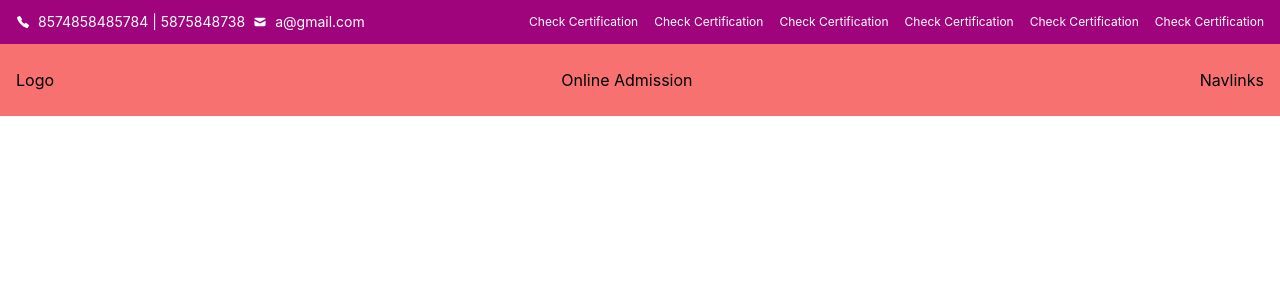
Repository: Sushant203/react-training-
Page: /
An editor plug-in stored every save of this project. The page is shown before and after the next save, followed by the edit.
The browser window is 1280 px wide. The pictures show the whole page.
The project was rebuilt for these pictures with package versions that can differ from the ones it lists, and the page was loaded fresh each time. Also part of the build but not shown: src/App.css, src/components/LowerNav.jsx, src/components/UpperNav.jsx.

Above is the page before, as saved 2022-12-19 09:39:40.

After the next save:
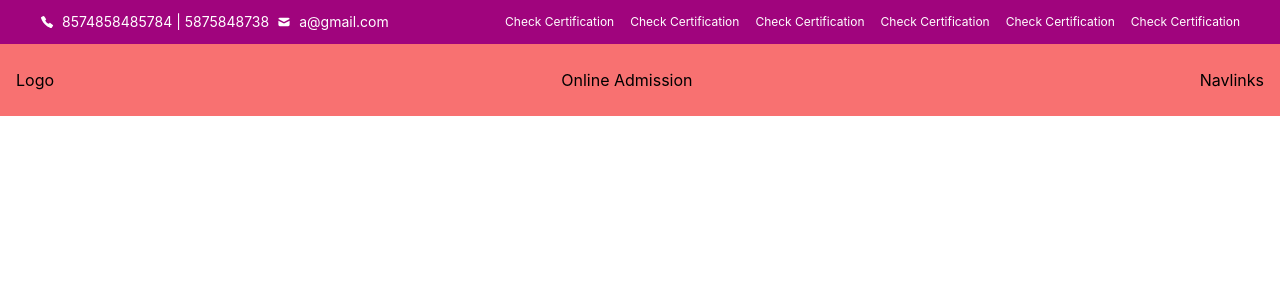
Saved 22 s later.
--- a/src/components/Naviagtion/Toolbar/header.jsx
+++ b/src/components/Naviagtion/Toolbar/header.jsx
@@ -11,7 +11,7 @@ function Header() {
     { title: "check certificate" },
   ];
   return (
-    <div className="py-3 px-4 bg-mainColor w-full flex items-center justify-between text-sm">
+    <div className="py-3 px-10 bg-mainColor w-full flex items-center justify-between text-sm">
       {/* number and email */}
       <div className="flex gap-2  text-white">
         <div className="flex gap-2  items-center">
